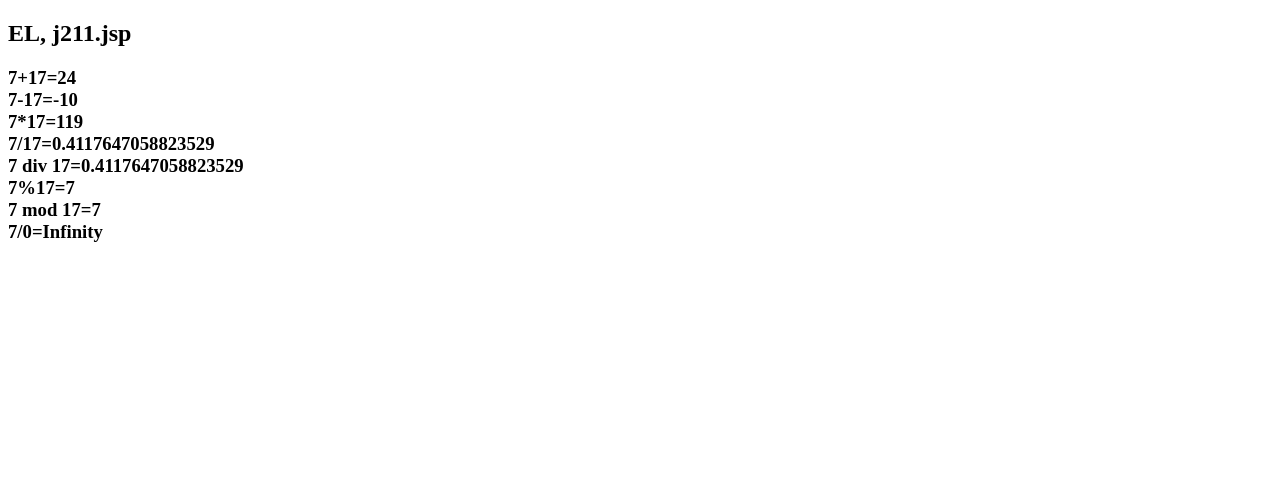
Repository: anxhuang/Java_Web
Page: http://localhost/code/j211.jsp
The author's editor kept a copy of each file at every save. The page is drawn from the files as they stood at one save, then again after the next save.
The browser window is 1280 px wide. The pictures show the whole page.
The page is served by Tomcat 9. Other server files are loaded and not shown.

Above is the page before, as saved 2018-07-17 12:40:15.

### code/WebContent/j211.jsp
<%@ page language="java" pageEncoding="UTF-8"%>
<!DOCTYPE html PUBLIC "-//W3C//DTD HTML 4.01 Transitional//EN" "http://www.w3.org/TR/html4/loose.dtd">
<html>
<head>

<title>Insert title here</title>
</head>
<body>

	<h2>EL, j211.jsp</h2><h3>

	7+17=${7+17 }<br>
	7-17=${7-17 }<br>
	7*17=${7*17 }<br>
	7/17=${7/17 }<br>
	7 div 17=${7 div 17 }<br>
	7%17=${7%17 }<br>
	7 mod 17=${7 mod 17 }<br>
	7/0=${7/0 }<br>

	</h3>

</body>
</html>

After the next save:
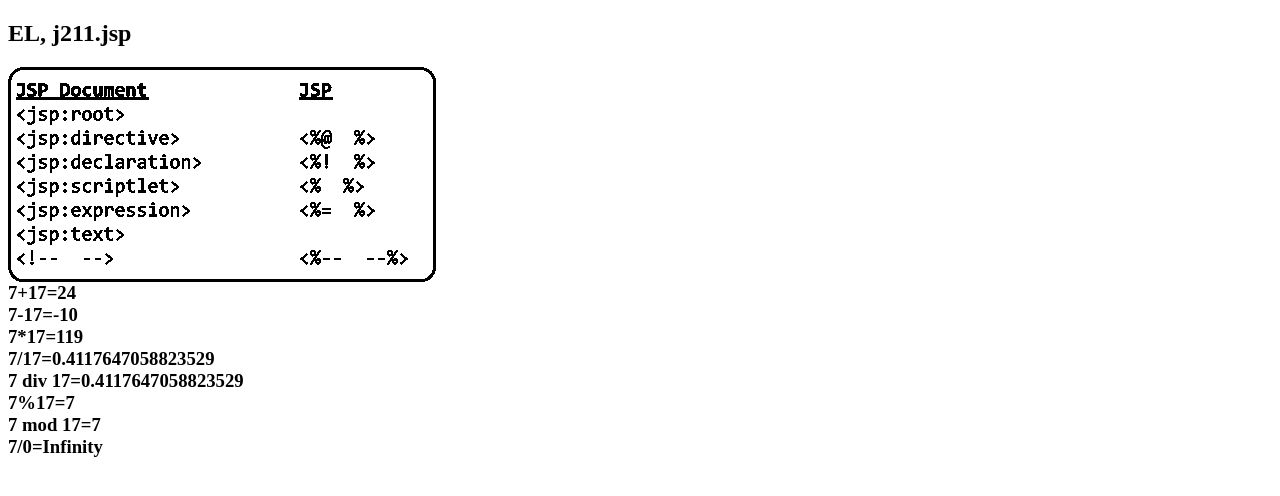
Saved 29 s later.
--- a/code/WebContent/j211.jsp
+++ b/code/WebContent/j211.jsp
@@ -8,6 +8,8 @@
 <body>
 
 	<h2>EL, j211.jsp</h2><h3>
+
+	<img alt="" src="JSP.bmp"><br>
 
 	7+17=${7+17 }<br>
 	7-17=${7-17 }<br>
